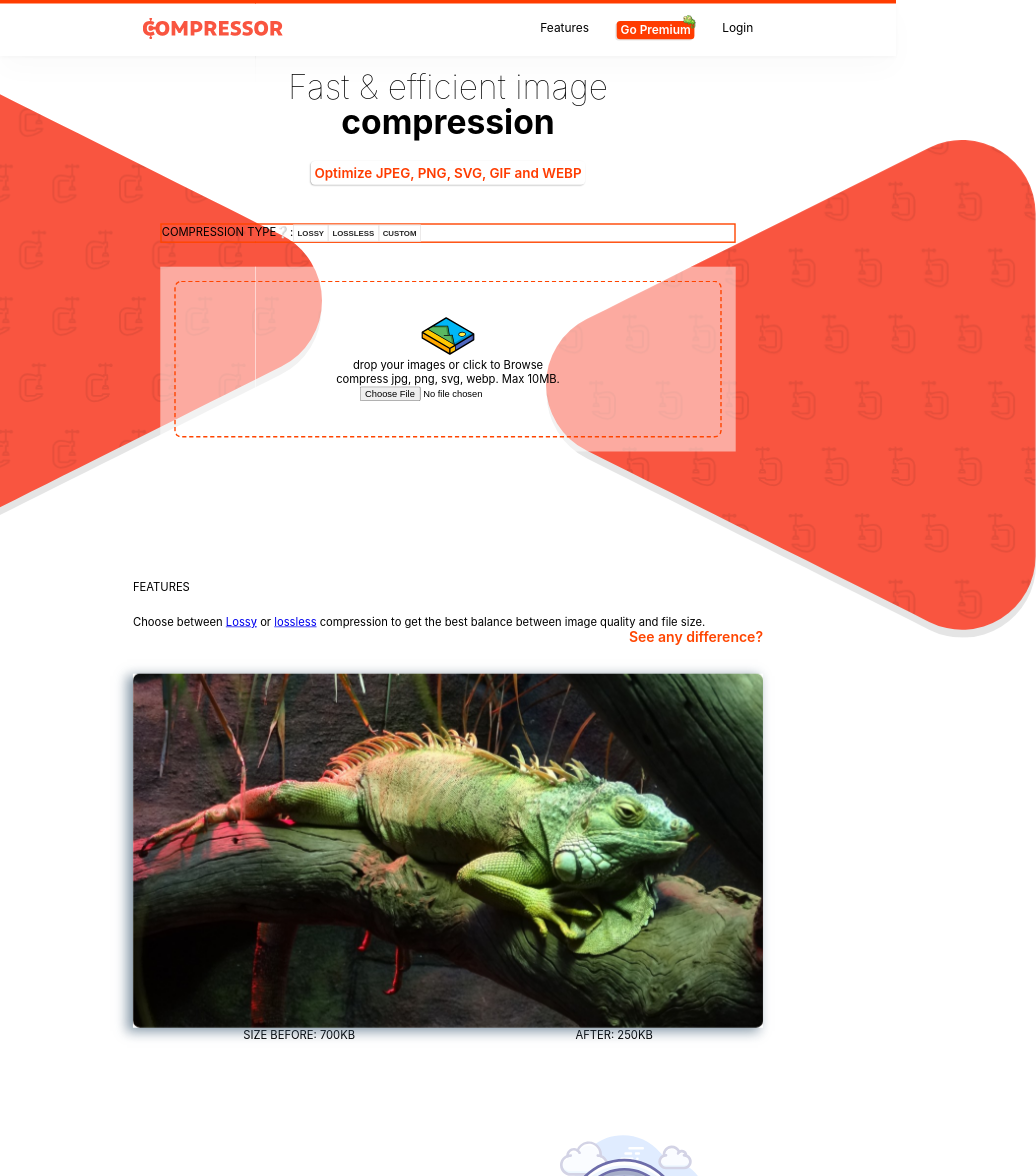
Repository: akindbest/compressor-clone
Page: Compressor project/compressor.html
An editor plug-in stored every save of this project. The page is shown before and after the next save, followed by the edit.
The browser window is 1280 px wide. The page is 1480 px wide, so the pictures cover 1480 px, including what lies to the right of the window. The pictures show the part of the page from y = 0 to 1680 px (the page is 2545 px tall before and 2541 px after), at 70% of full size.

Above is the page before, as saved 2025-10-02 11:08:52.

After the next save:
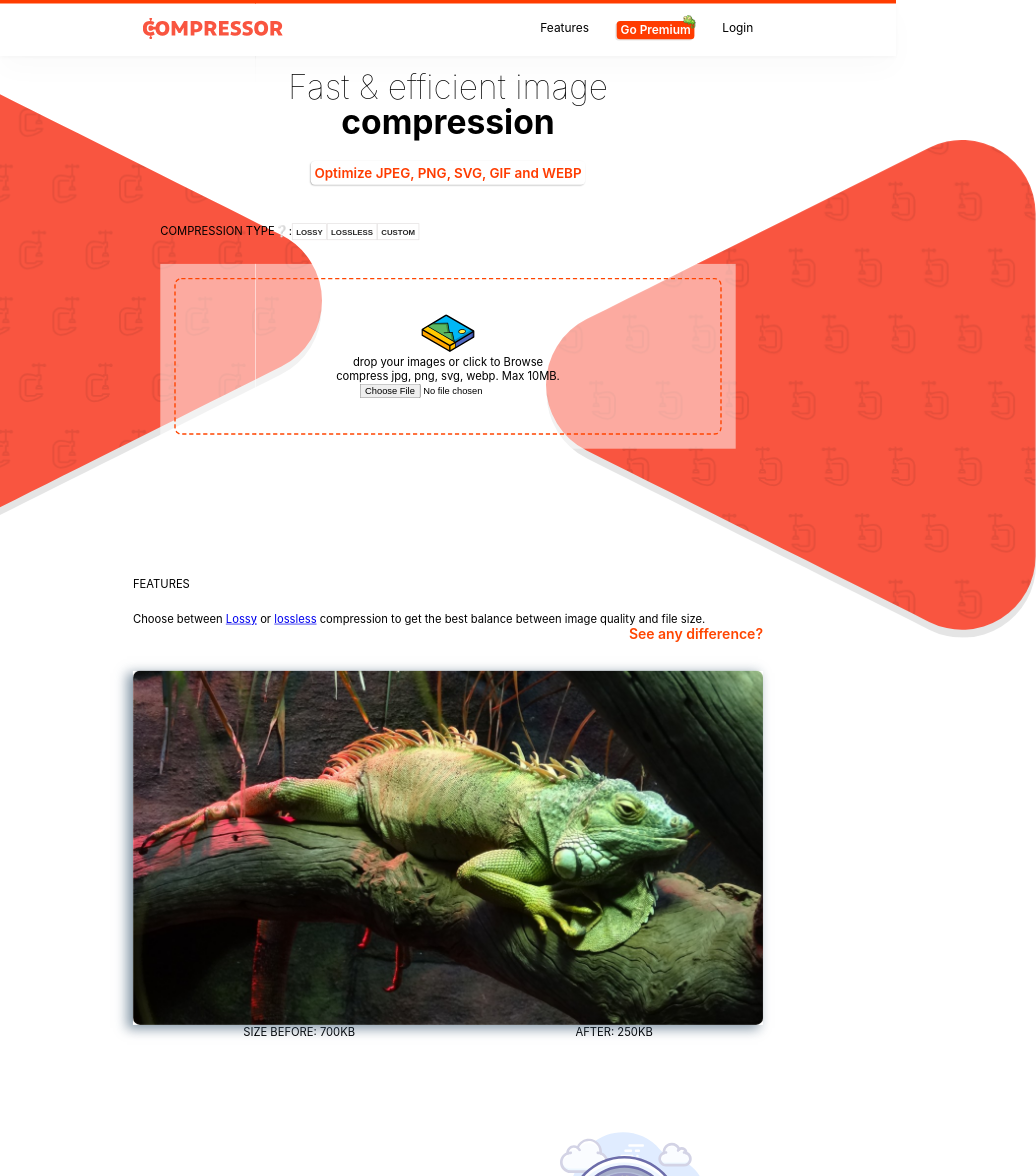
Saved 8 s later.
--- a/Compressor project/compressor.css
+++ b/Compressor project/compressor.css
@@ -141,7 +141,7 @@
   /* box-shadow: inset 0 2px 4px 0 hsla(0,0%,78%,.4); */
   /* box-shadow: inset 0 0 2px 1px #cccccc; */
   /* background-color: #fff; */
-  border: 2px solid orangered;
+  /* border: 2px solid orangered; */
 }
 
 .change {

After the save that followed:
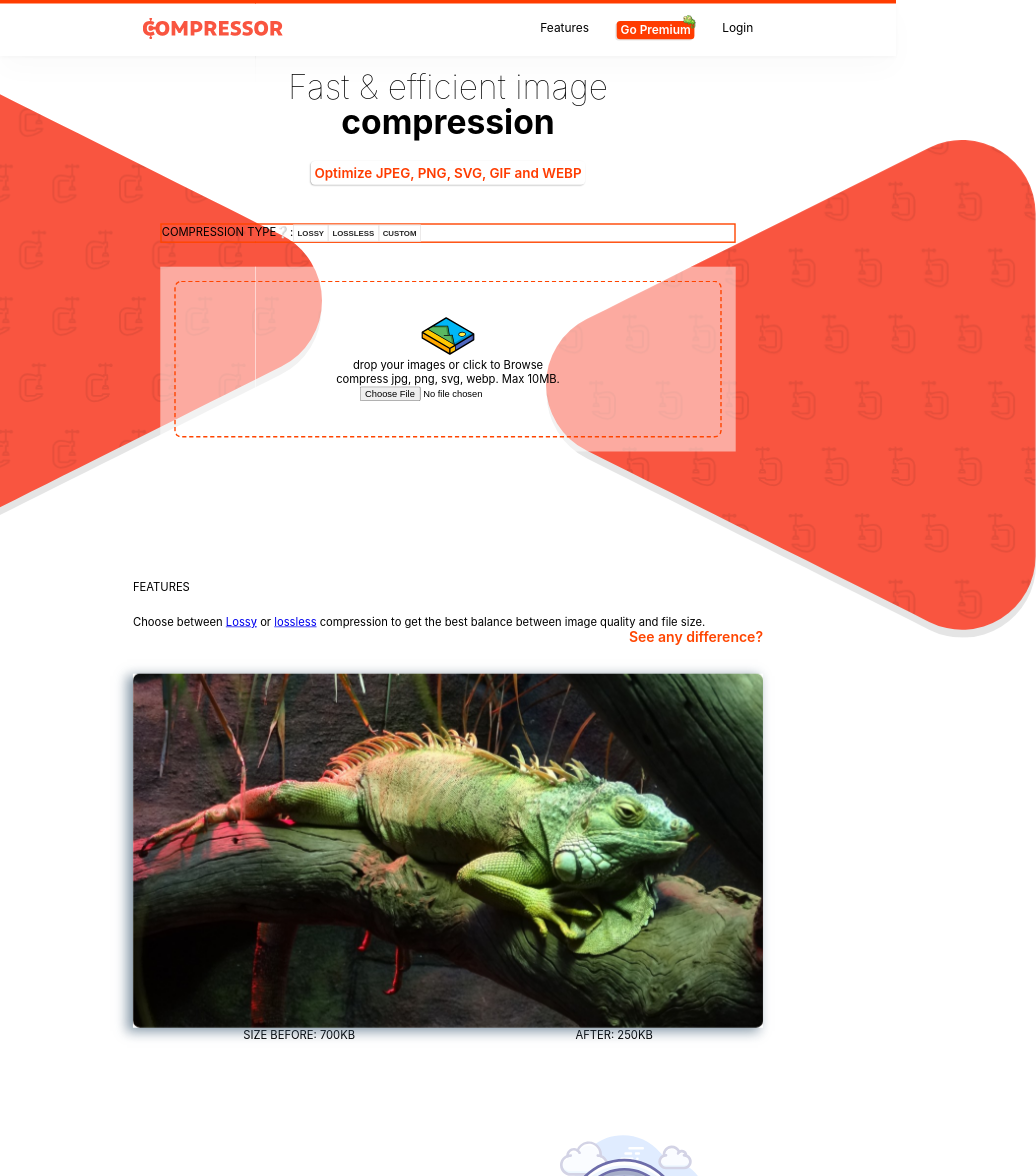
Saved 4 s later.
--- a/Compressor project/compressor.css
+++ b/Compressor project/compressor.css
@@ -141,7 +141,7 @@
   /* box-shadow: inset 0 2px 4px 0 hsla(0,0%,78%,.4); */
   /* box-shadow: inset 0 0 2px 1px #cccccc; */
   /* background-color: #fff; */
-  /* border: 2px solid orangered; */
+  border: 2px solid orangered;
 }
 
 .change {
